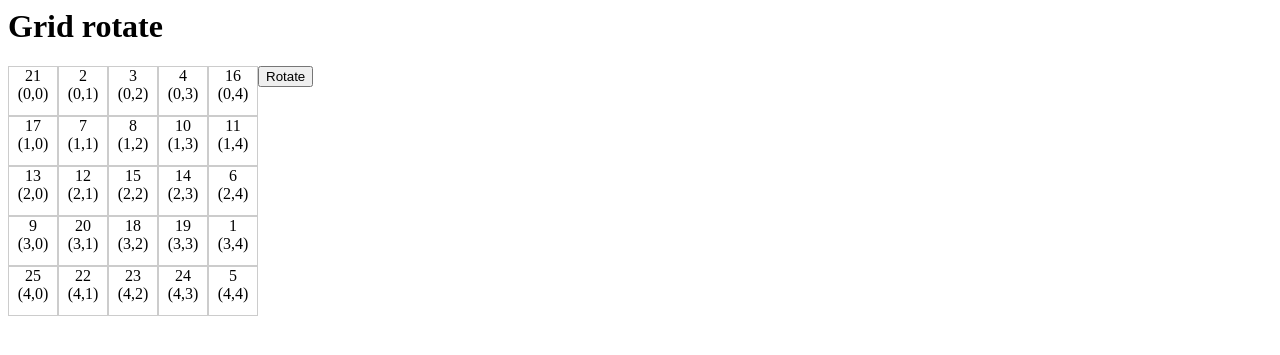
Repository: rashko/rotatematrix
Page: index.html
These files come from the project's save history. The page is drawn as it stood at one moment and after the next save; the edit follows.
The browser window is 1280 px wide. The pictures show the whole page.
After loading, the first visible `#rotator` was clicked once.

Above is the page before, as saved 2018-07-07 20:15:02.

After the next save:
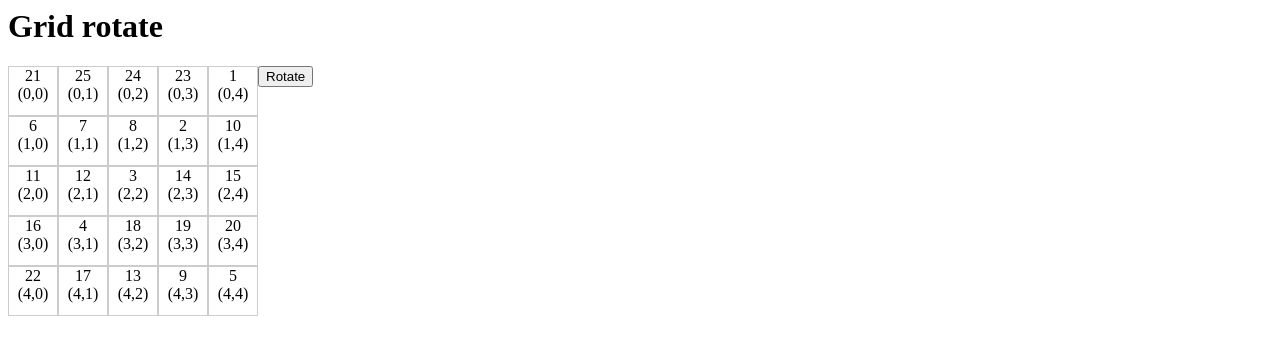
Saved 93 s later.
--- a/index.html
+++ b/index.html
@@ -67,7 +67,7 @@ function rotate(){
         // for(y = 0; y < GRID_SIZE; y++){
             // get first cell and put in line
             y = 0;
-            rotGroup(x, y);
+            rotGroup(y, x);
         // }
     }
 }
